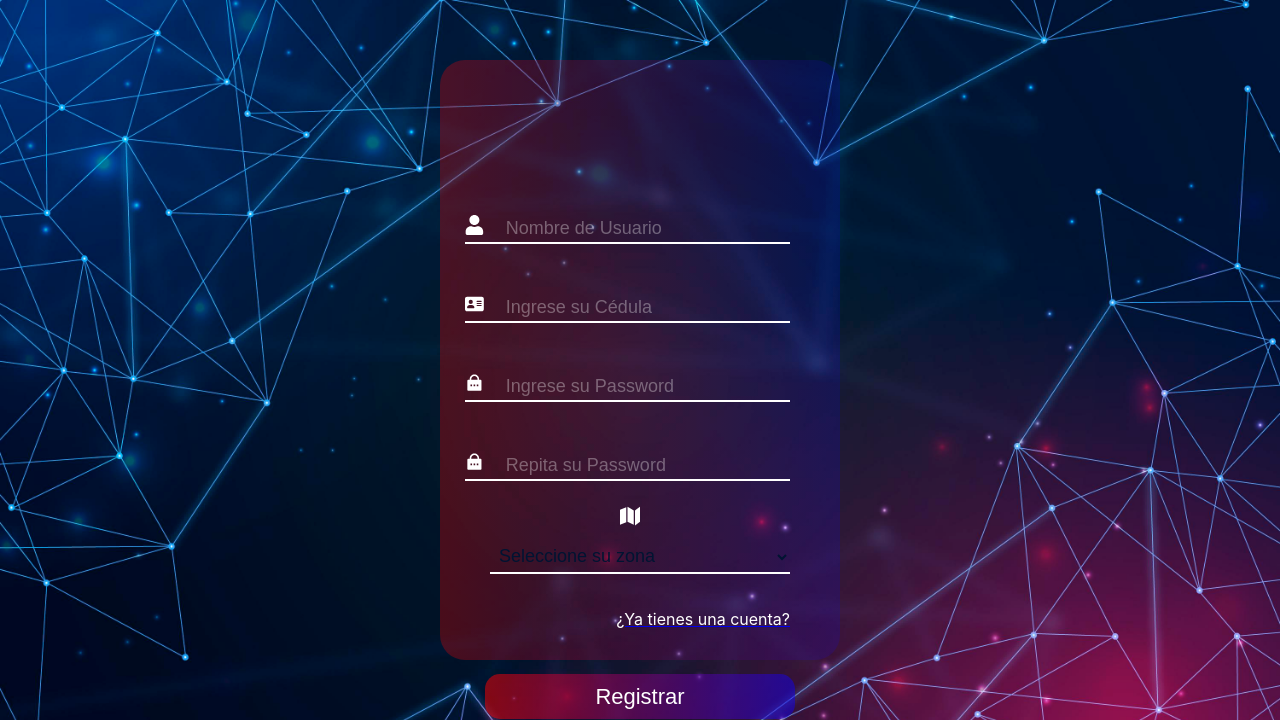
Repository: Davic1o/municipio
Page: /Registro
An editor plug-in stored every save of this project. The page is shown before and after the next save, followed by the edit.
The browser window is 1280 px wide. The pictures show the whole page.
The project was rebuilt for these pictures with package versions that can differ from the ones it lists, and the page was loaded fresh each time. Also part of the build but not shown: src/pages/Login/Login.jsx, src/pages/Administrador/Admin.jsx, src/pages/Coord/Coord.jsx, src/pages/User/User.jsx, src/pages/ConfirmacionRegistro/ConfirmacionRegistro.jsx.

Above is the page before, as saved 2024-02-06 20:27:31.

After the next save:
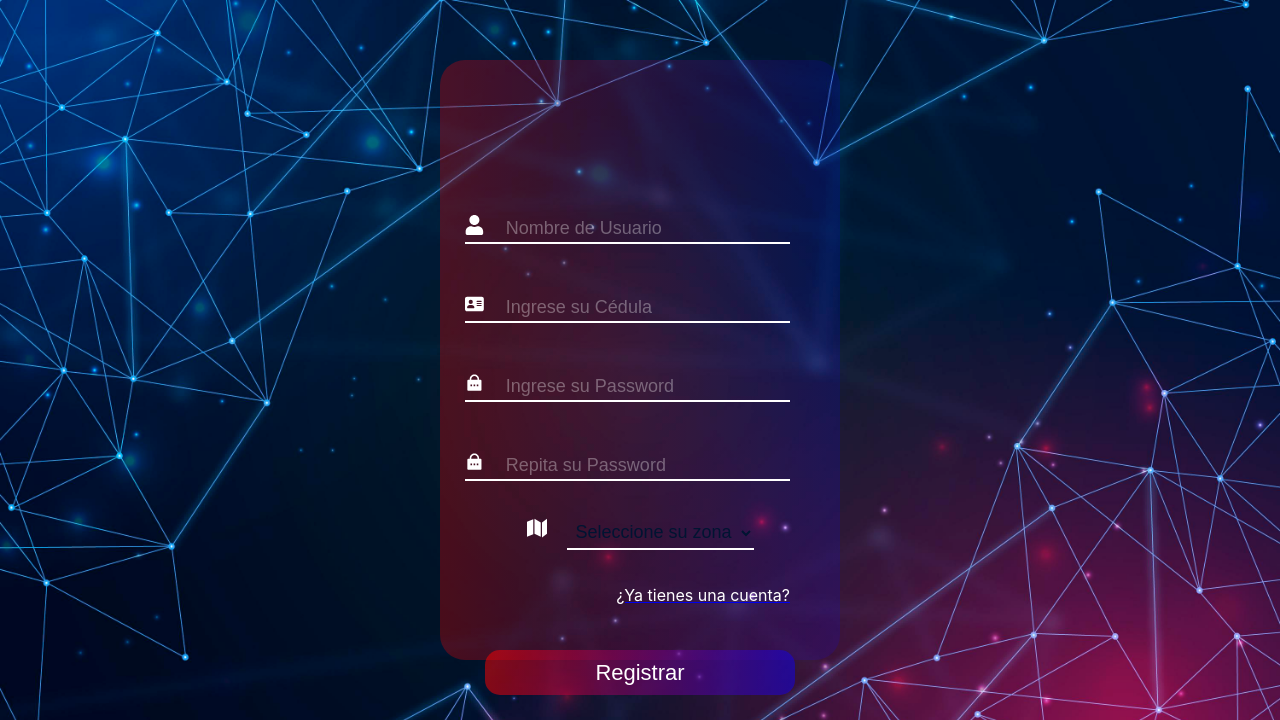
Saved 6 s later.
--- a/src/pages/Register/register.css
+++ b/src/pages/Register/register.css
@@ -18,8 +18,7 @@
 
 
 .contenedor__zona select {
-    width: 300px;
-    margin: 35px;
+
     justify-content: right;
     font-size: 18px;
     background-color: transparent;
